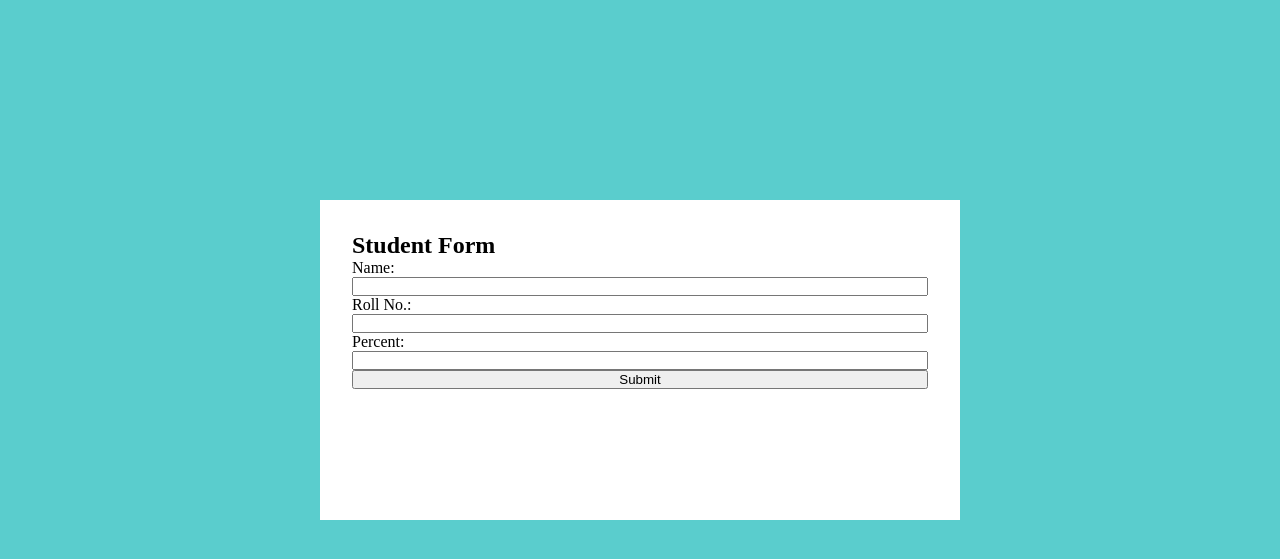
Repository: deeptimahisare1206/Todo_List
Page: http://localhost/Hib_Nest/
These files come from the project's save history. The page is drawn as it stood at one moment and after the next save; the edit follows.
The browser window is 1280 px wide. The pictures show the whole page.
The page is served by Tomcat 10. Other server files are loaded and not shown.

Above is the page before, as saved 2024-11-09 11:05:54.

### Hib_Nest/src/main/webapp/index.jsp
<%@ page language="java" contentType="text/html; charset=UTF-8"
	pageEncoding="UTF-8"%>
<html>
<head>
<style>
*{
margin:0;
padding:0;
box-sizing: border-box;

}
body {
display:grid;
place-items:center;
	background-color: #5acdcd;
	gap: 2rem;
	height: 100vh;
}

div{
padding:2rem;
	background-color: white;
	height: 20rem;
	width:50vw;
}
form{
	display: flex;
	flex-direction: column;
	height: 20rem;
}
</style>
</head>
<body>
<div>
	<h2>Student Form</h2>

	<form action="Register" method="get">
		<label>Name:</label><input type="text" name="name"><label>Roll
			No.: </label> <input type="number" name="roll"> <label>Percent:
		</label><input type="number" name="percent"> <input type="submit"
			value="Submit">
	</form>
	</div>
</body>
</html>

After the next save:
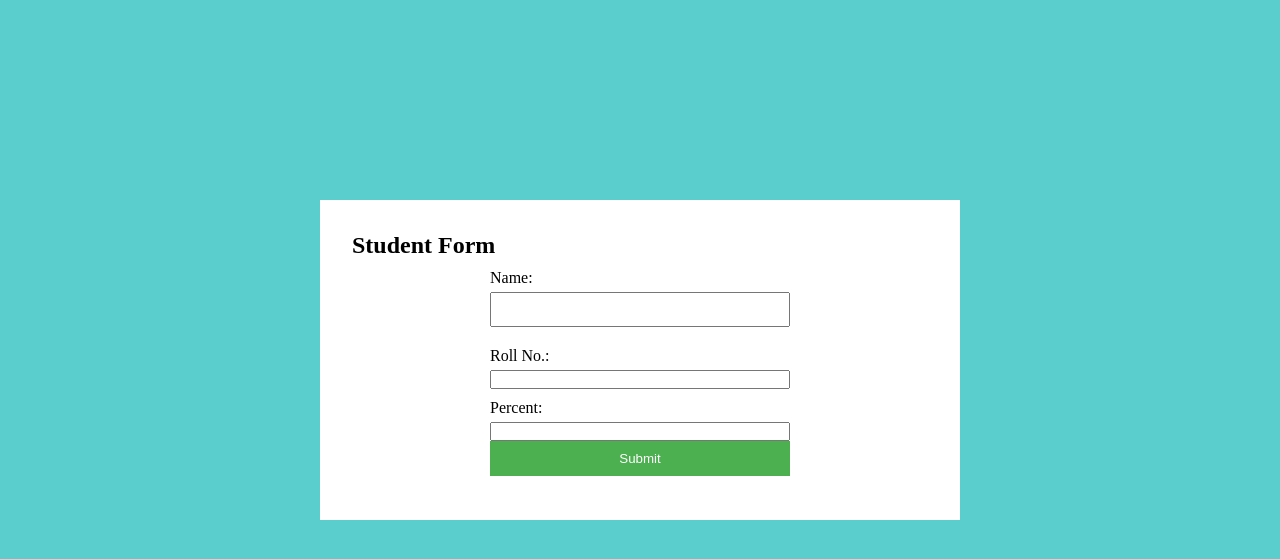
Saved 2 min 33 s later.
--- a/Hib_Nest/src/main/webapp/index.jsp
+++ b/Hib_Nest/src/main/webapp/index.jsp
@@ -28,6 +28,35 @@ form{
 	flex-direction: column;
 	height: 20rem;
 }
+form {
+    width: 300px;
+    margin: 0 auto;
+}
+
+label {
+    display: block;
+    margin: 10px 0 5px;
+}
+
+input[type="text"],
+input[type="email"],
+input[type="password"] {
+    width: 100%;
+    padding: 8px;
+    margin-bottom: 10px;
+}
+
+input[type="submit"] {
+    background-color: #4CAF50;
+    color: white;
+    padding: 10px;
+    border: none;
+    cursor: pointer;
+}
+
+input[type="submit"]:hover {
+    background-color: #45a049;
+}
 </style>
 </head>
 <body>
